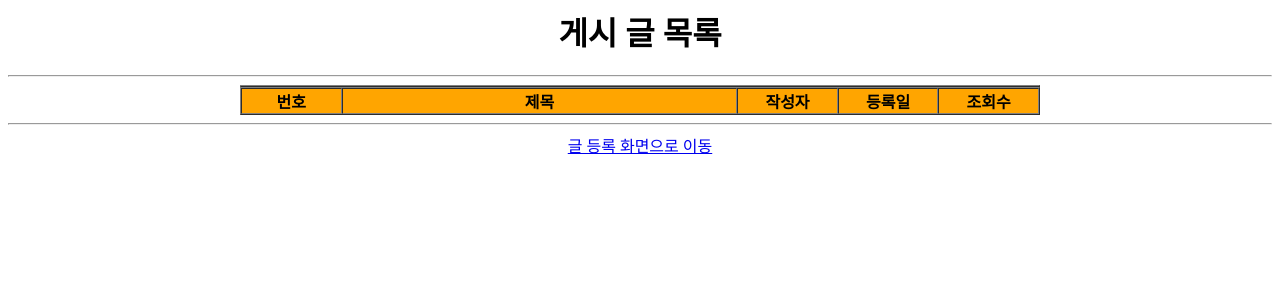
Repository: serim53/JSPStudy
Page: http://localhost/BoardWeb_Servlet_/getBoardList.do
An editor plug-in stored every save of this project. The page is shown before and after the next save, followed by the edit.
The browser window is 1280 px wide. The pictures show the whole page.
The page is served by Tomcat 10. Queries for data that is not in the repository find no rows.

Above is the page before, as saved 2025-07-09 00:46:59.

After the next save:
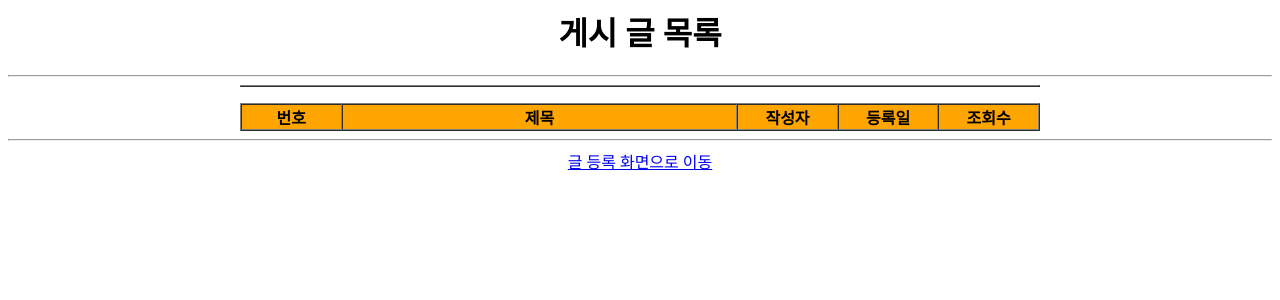
Saved 19 s later.
--- a/BoardWeb(Servlet)/src/main/java/com/multicampus/web/board/GetBoardListServlet.java
+++ b/BoardWeb(Servlet)/src/main/java/com/multicampus/web/board/GetBoardListServlet.java
@@ -37,6 +37,10 @@ public class GetBoardListServlet extends HttpServlet {
 		out.println("<form action='getBoardList.do' method='get'>");
 		out.println("<table border='1' cellpadding='0' cellspacing='0' width='800'>");
 		out.println("<tr>");
+
+		out.println("</tr>");
+		out.println("</table>");
+		out.println("</form>");
 		// 검색 종료
 
 		out.println("<table border='1' cellpadding='0' cellspacing='0' width='800'>");
